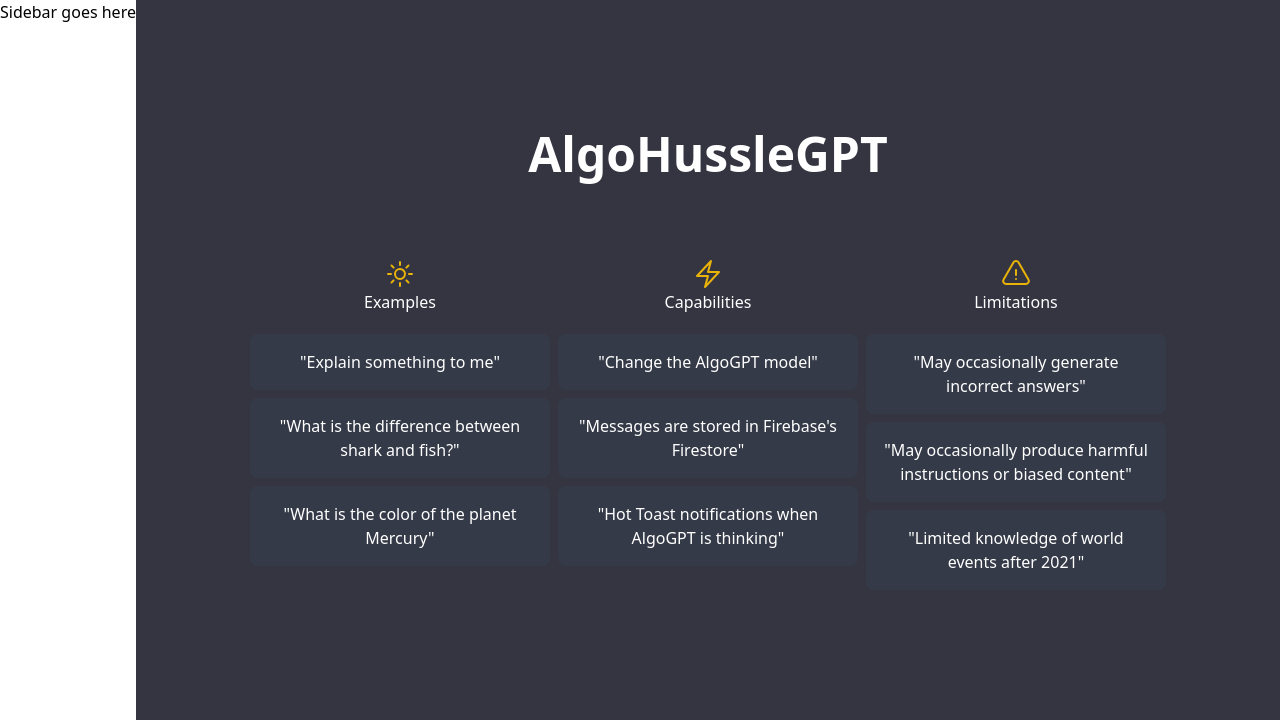
Repository: AlgoHussle/algo-gpt
Page: /
These files come from the project's save history. The page is drawn as it stood at one moment and after a run of saves; the edit follows.
The browser window is 1280 px wide. The pictures show the whole page.
The project was rebuilt for these pictures with package versions that can differ from the ones it lists, and the page was loaded fresh each time. The framework's server and built-in components were replaced by stand-ins that run in the browser. Also part of the build but not shown: next.config.js.

Above is the page before, as saved 2023-02-08 16:24:48.

After the next 2 saves:
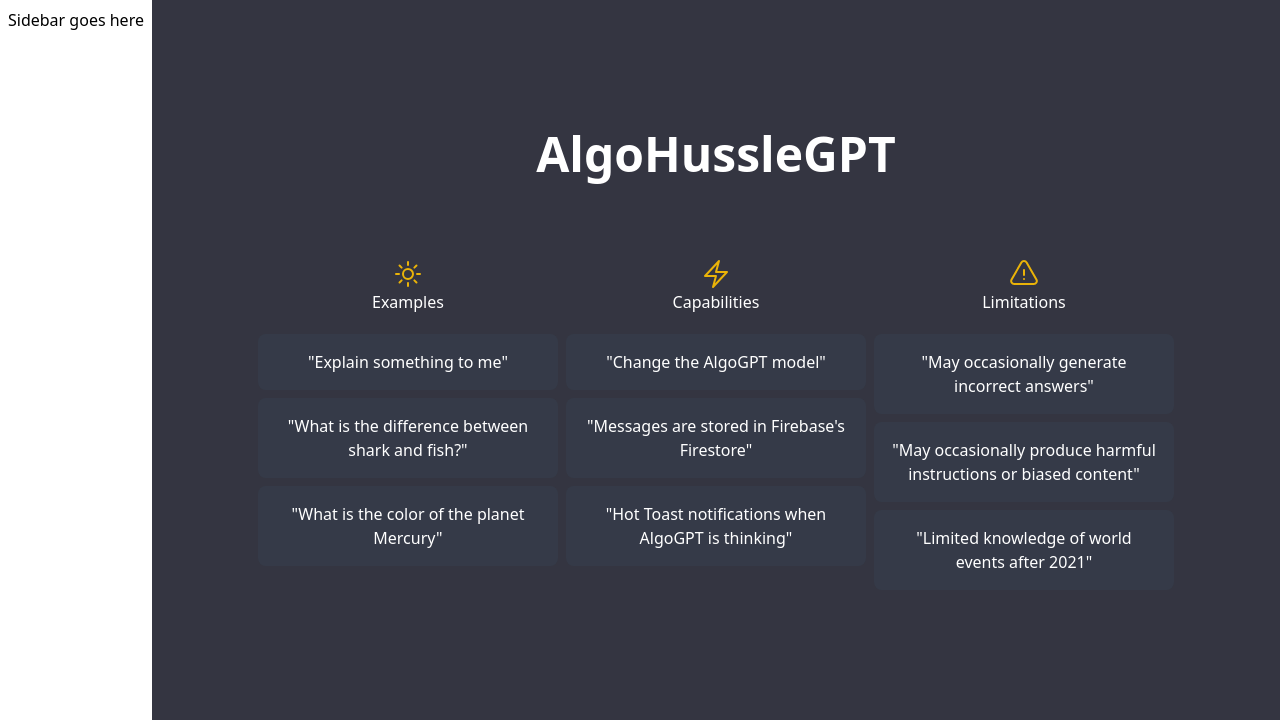
The 2 saves are shown as one change because they came seconds apart.
The last was saved 7 s later.
--- a/components/SideBar.tsx
+++ b/components/SideBar.tsx
@@ -2,7 +2,7 @@
 
 function SideBar() {
     return (
-        <div class>
+        <div className='p-2 flex'>
             Sidebar goes here
         </div>
     )
